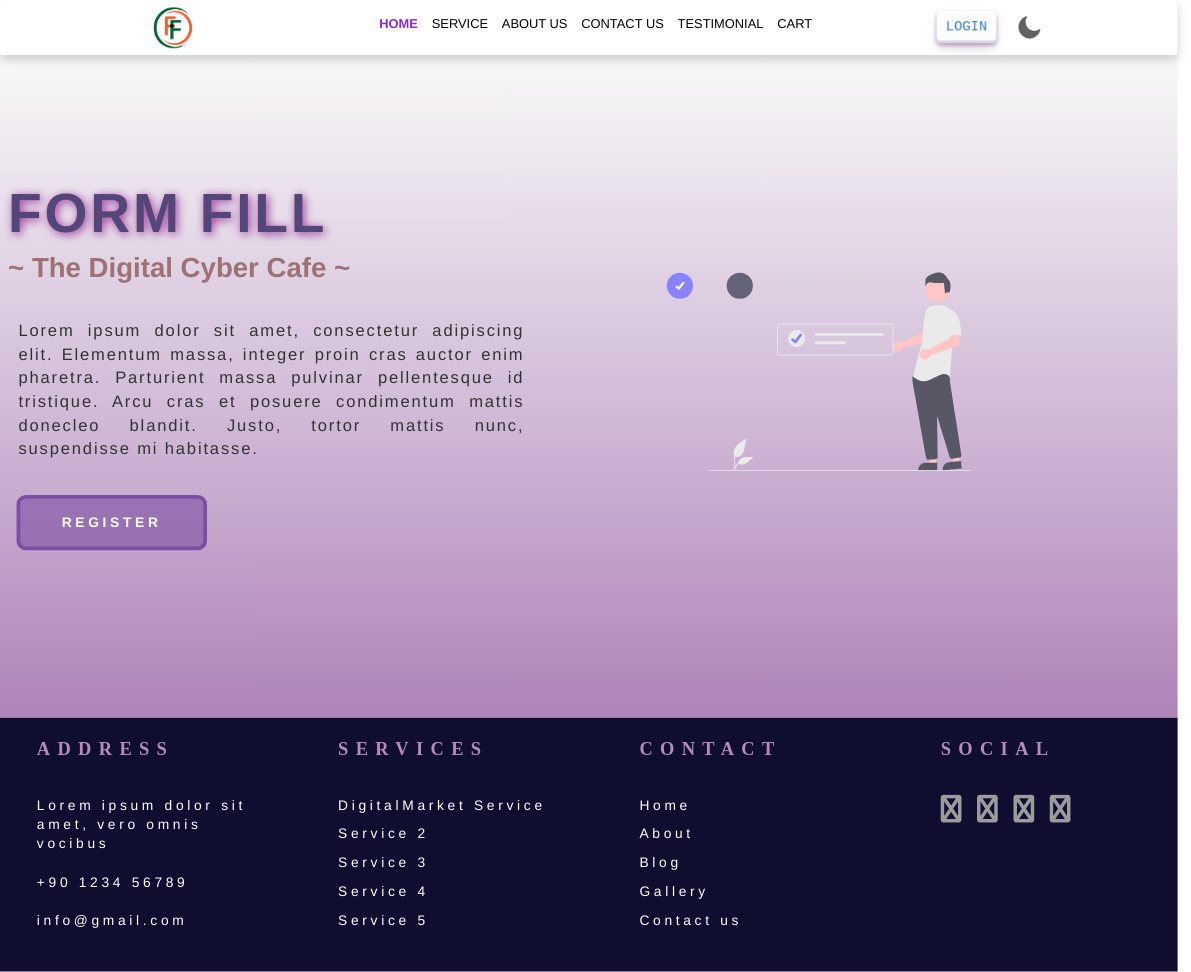
Repository: codervivek5/Formfil
Page: index.html
An editor plug-in stored every save of this project. The page is shown before and after the next save, followed by the edit.
The browser window is 1280 px wide. The page is 1295 px wide, so the pictures cover 1295 px, including what lies to the right of the window. The pictures show the whole page, at 92% of full size.
Some web fonts or font styles are not loaded; a fallback is used.

Above is the page before, as saved 2023-03-04 20:52:55.

After the next save:
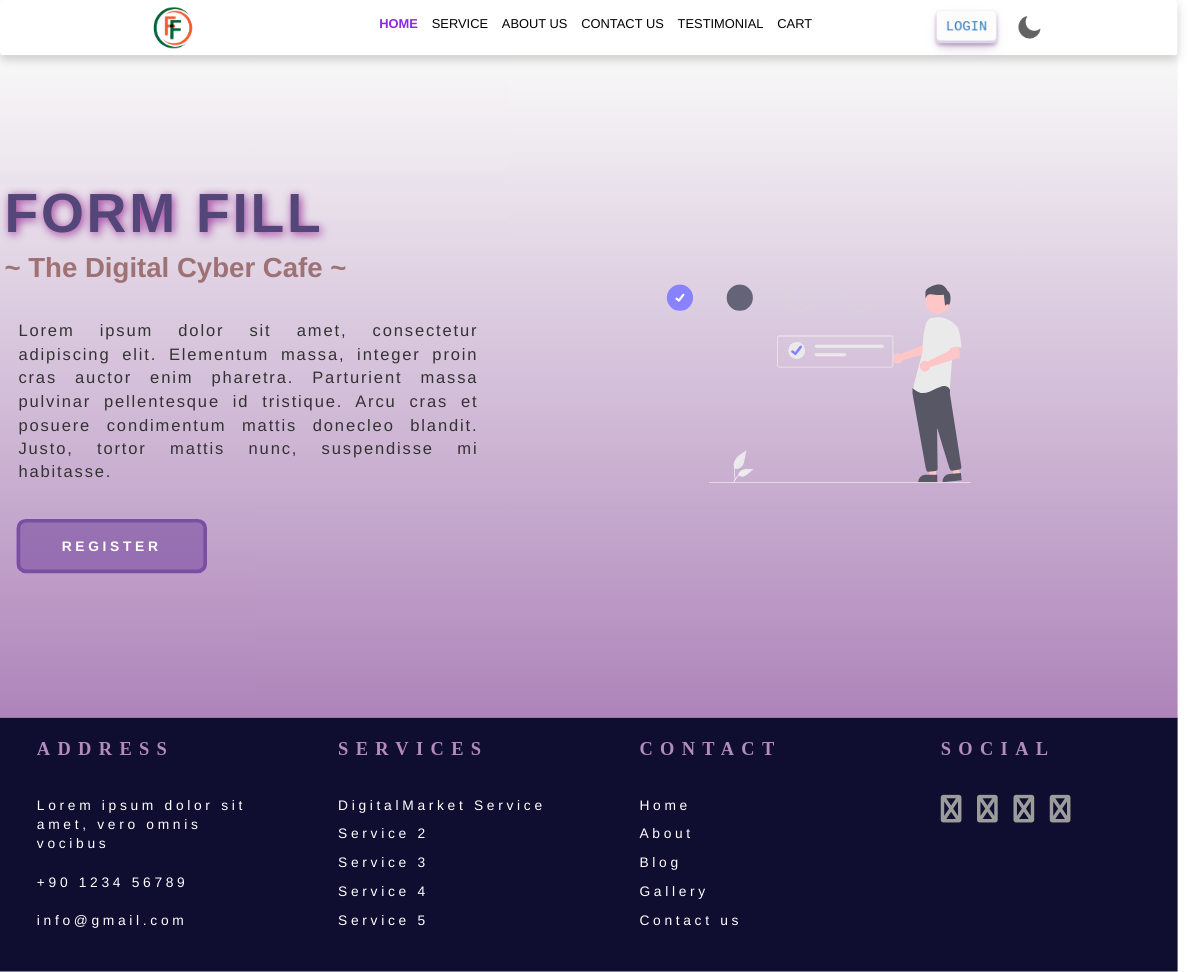
Saved 17 s later.
--- a/style/style.css
+++ b/style/style.css
@@ -189,6 +189,9 @@ overflow-x: hidden;
     top: 20vh;
     padding: 0px 25px;
 }
+.shipp{
+  padding-left: 50px;
+}
 .shipp img{
     width: 70vh;
 }
